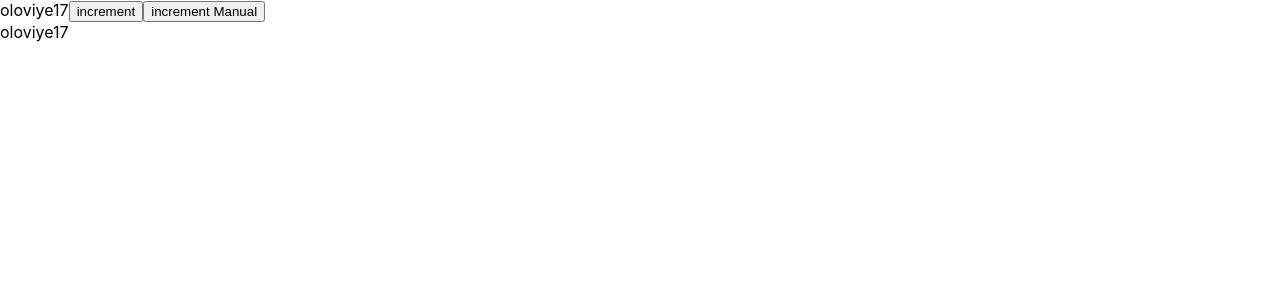
Repository: Farbod29/Simple-React-context-github
Page: /
An editor plug-in stored every save of this project. The page is shown before and after a run of saves, followed by the edit.
The browser window is 1280 px wide. The pictures show the whole page.
The project was rebuilt for these pictures with package versions that can differ from the ones it lists, and the page was loaded fresh each time.

Above is the page before, as saved 2021-02-25 22:18:54.

After the next 3 saves:
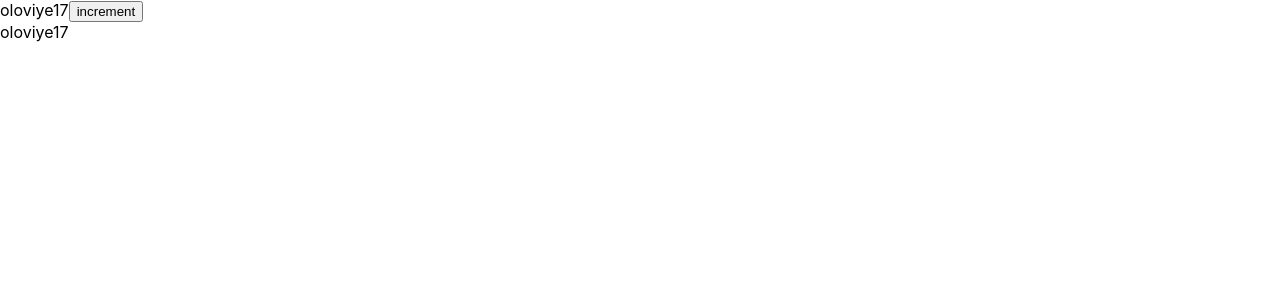
The 3 saves are shown as one change because 2 did not build or start.
The last was saved 2 min 3 s later.
--- a/src/App.js
+++ b/src/App.js
@@ -14,18 +14,11 @@ function App() {
     setData({ ...prevValues, age: newAge });
   };
 
-  const handelIncrementManual = (prevValues) => {
-    let newAge = prevValues.age + 1;
-    //data = { ...prevValues, age: newAge };
-    data.age = newAge;
-  };
-
   return (
     <abAnarContext.Provider
       value={{
         ...data,
         ageIncrementer: handelIncrement,
-        ageIncrementerManual: handelIncrementManual,
       }}
     >
       <CheraghBargh />
--- a/src/MiveJat.js
+++ b/src/MiveJat.js
@@ -18,10 +18,6 @@ function MiveJat() {
         {" "}
         increment{" "}
       </button>
-      <button onClick={() => consumer.ageIncrementerManual(consumer)}>
-        {" "}
-        increment Manual{" "}
-      </button>
     </div>
   );
 }
